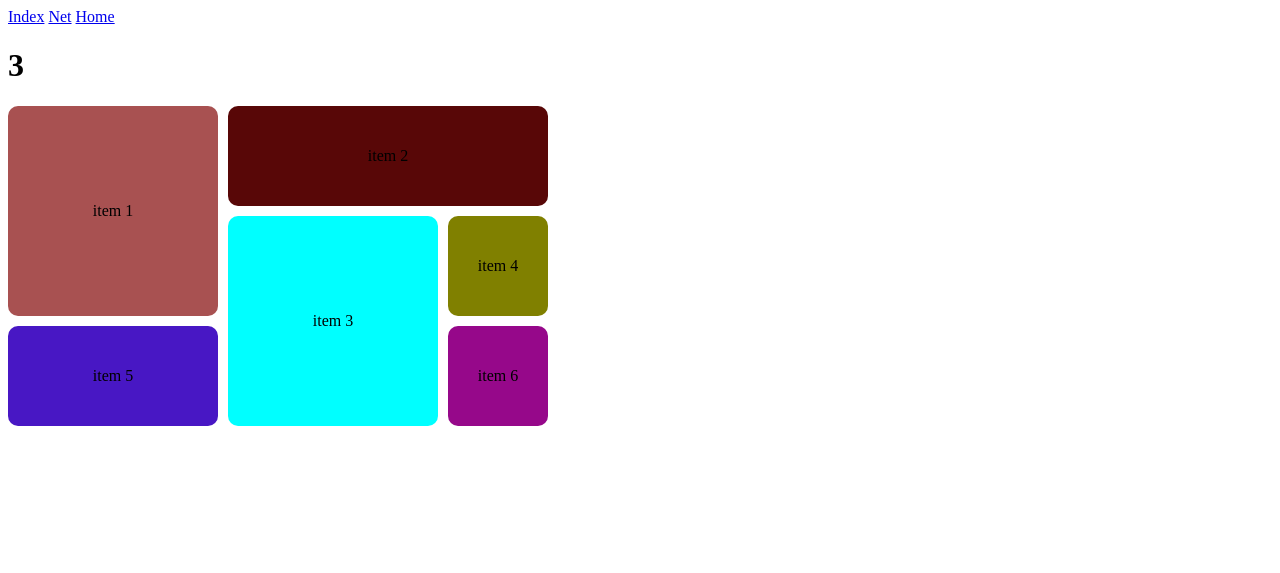
Repository: Nguyen-Toan-2004/du-an-test
Page: product.htm
The author's editor kept a copy of each file at every save. The page is drawn from the files as they stood at one save, then again after a run of saves.
The browser window is 1280 px wide. The pictures show the whole page.

Above is the page before, as saved 2025-10-22 21:33:50.

### product.htm
<!DOCTYPE html>
<html lang="en">
  <head>
    <meta charset="UTF-8" />
    <meta name="viewport" content="width=device-width, initial-scale=1.0" />
    <title>Product</title>
  </head>
  <body>
    <a href="index.html">Index</a>
    <a href="net.htm">Net</a>
    <a href="home.html">Home</a>
    <h1>3</h1>
    <style>
      .container {
        display: grid;
        grid-template-columns: repeat(5, 100px);
        grid-template-rows: repeat(3, 100px);
        gap: 10px;
      }
      .box {
        display: flex;
        justify-content: center;
        align-items: center;
        border-radius: 10px;
      }
      .box1 {
        background: #a85151;
        grid-row-start: 1;
        grid-row-end: 3;
        grid-column-start: 1;
        grid-column-end: 3;
      }
      .box2 {
        background: #580707;
        grid-column-start: 3;
        grid-column-end: 6;
      }
      .box3 {
        background: aqua;
        grid-row-start: 2;
        grid-row-end: 4;
        grid-column-start: 3;
        grid-column-end: 5;
      }
      .box4 {
        background: olive;
      }
      .box5 {
        background: #4817c4;
        grid-column-start: 1;
        grid-column-end: 3;
      }
      .box6 {
        background: #96088a;
      }
    </style>
    <div class="container">
      <div class="box box1">item 1</div>
      <div class="box box2">item 2</div>
      <div class="box box3">item 3</div>
      <div class="box box4">item 4</div>
      <div class="box box5">item 5</div>
      <div class="box box6">item 6</div>
    </div>

  </body>
</html>

After the next 2 saves:
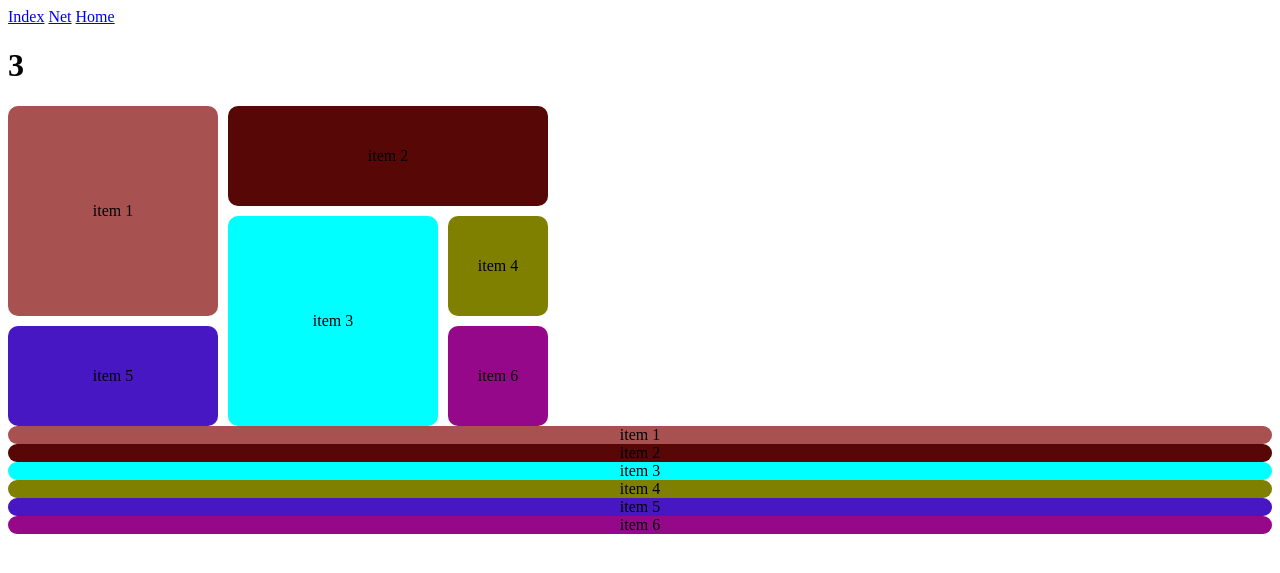
The 2 saves are shown as one change because they came seconds apart.
The last was saved 15 s later.
--- a/product.htm
+++ b/product.htm
@@ -62,6 +62,13 @@
       <div class="box box5">item 5</div>
       <div class="box box6">item 6</div>
     </div>
-
+    <div class="container1">
+      <div class="box box1">item 1</div>
+      <div class="box box2">item 2</div>
+      <div class="box box3">item 3</div>
+      <div class="box box4">item 4</div>
+      <div class="box box5">item 5</div>
+      <div class="box box6">item 6</div>
+    </div>
   </body>
 </html>

After the 2 saves that followed:
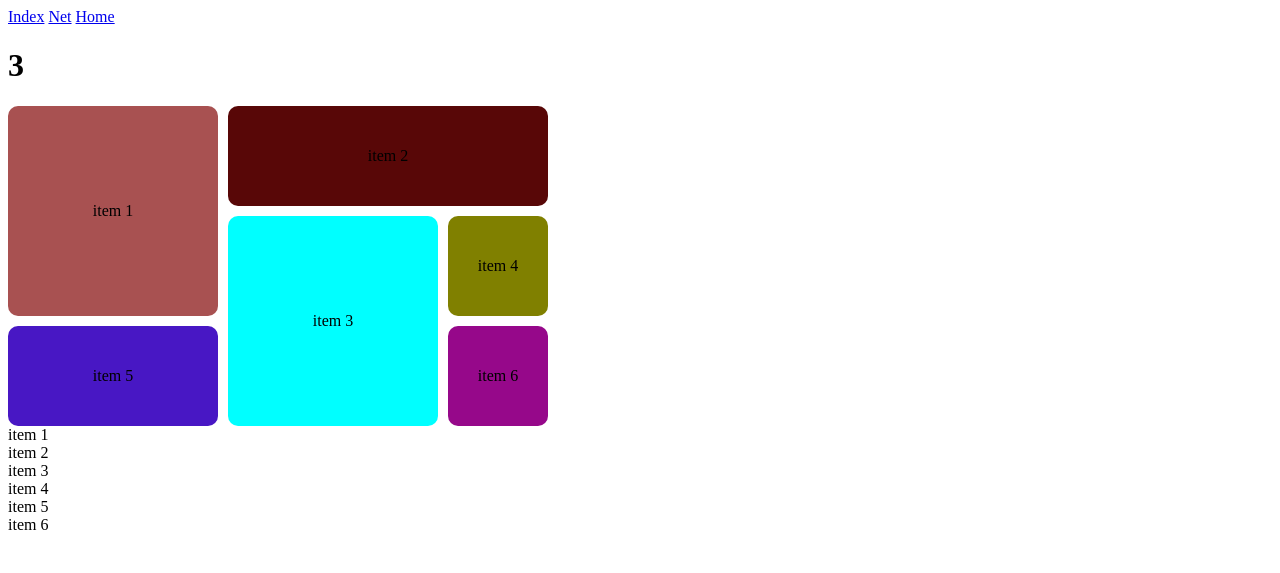
The 2 saves are shown as one change because they came seconds apart.
The last was saved 14 s later.
--- a/product.htm
+++ b/product.htm
@@ -63,12 +63,12 @@
       <div class="box box6">item 6</div>
     </div>
     <div class="container1">
-      <div class="box box1">item 1</div>
-      <div class="box box2">item 2</div>
-      <div class="box box3">item 3</div>
-      <div class="box box4">item 4</div>
-      <div class="box box5">item 5</div>
-      <div class="box box6">item 6</div>
+      <div class="block block1">item 1</div>
+      <div class="block block2">item 2</div>
+      <div class="block block3">item 3</div>
+      <div class="block block4">item 4</div>
+      <div class="block block5">item 5</div>
+      <div class="block block6">item 6</div>
     </div>
   </body>
 </html>
